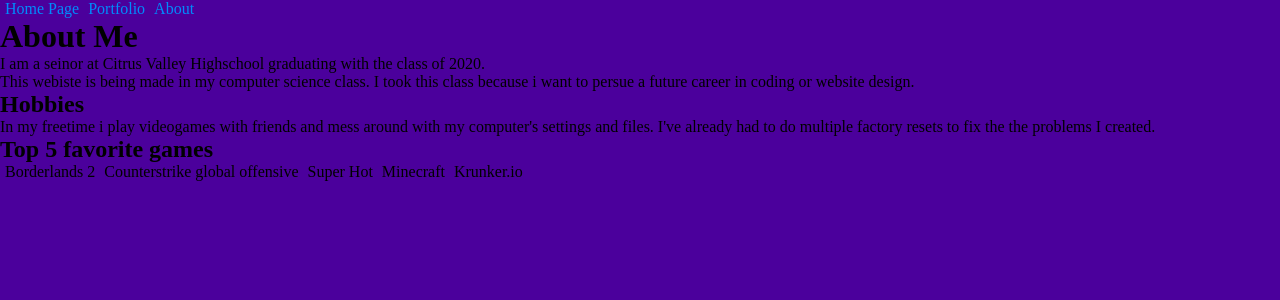
Repository: probably-nick/probably-nick.github.io
Page: about.html
The author's editor kept a record of every edit. The page is drawn from the files as they stood at one moment, then again after the next edit.
The browser window is 1280 px wide. The pictures show the whole page.

Above is the page before.

### about.html
<html>
    <head>
    <title> About Me </title>
        <link rel="stylesheet" href="./styles/style.css"
        </head>



    <body>
        <ul>
        <li><a href="index.html">Home Page</a></li>
        <li><a href="portfolio.html">Portfolio</a></li>
        <li><a href="about.html">About</a></li>
        </ul>

       <h1>About Me</h1>
       <p>I am a seinor at Citrus Valley Highschool graduating with the class of 2020.<br>
       This webiste is being made in my computer science class. I took this class because i want to persue a future career in
       coding or website design.</p>


       <h2>Hobbies</h2>
      <p>In my freetime i play videogames with friends and mess around with my computer's settings and files.
      I've already had to do multiple factory resets to fix the the problems I created.</p>




        <h2>Top 5 favorite games</h2>
        <ol>
           <li>Borderlands 2</li>
           <li>Counterstrike global offensive</li>
           <li>Super Hot</li>
           <li>Minecraft</li>
           <li>Krunker.io</li>

        </ol>



    </body>

</html>

### styles/style.css
*
{
margin: 0;
padding: 0;
}

header
{
                             background-image: url(./images/BG Background.jpg);
}
body{
    background-color:#4b009c;
    list-style:none;
}

a {
    color:#008bfc;
    text-decoration:none;
}

li {
display: inline;
padding-left: 5px;
}

After the next edit:
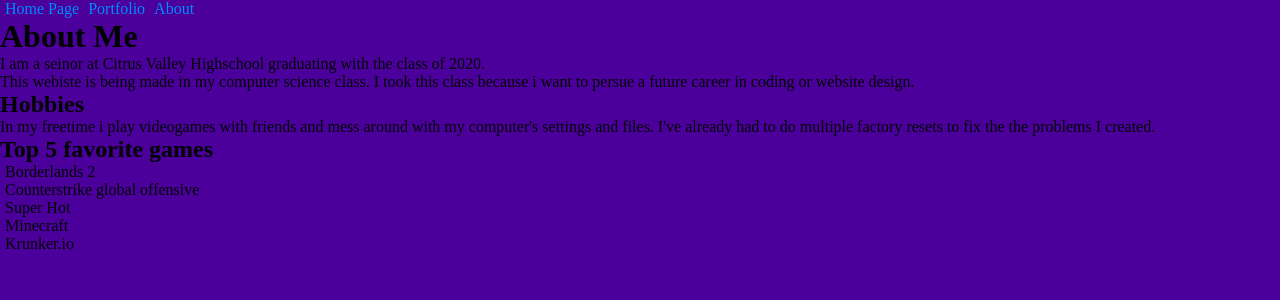
The edit:
--- a/about.html
+++ b/about.html
@@ -28,11 +28,11 @@
 
         <h2>Top 5 favorite games</h2>
         <ol>
-           <li>Borderlands 2</li>
-           <li>Counterstrike global offensive</li>
-           <li>Super Hot</li>
-           <li>Minecraft</li>
-           <li>Krunker.io</li>
+           <li>Borderlands 2</li><br>
+           <li>Counterstrike global offensive</li><br>
+           <li>Super Hot</li><br>
+           <li>Minecraft</li><br>
+           <li>Krunker.io</li><br>
 
         </ol>
 
